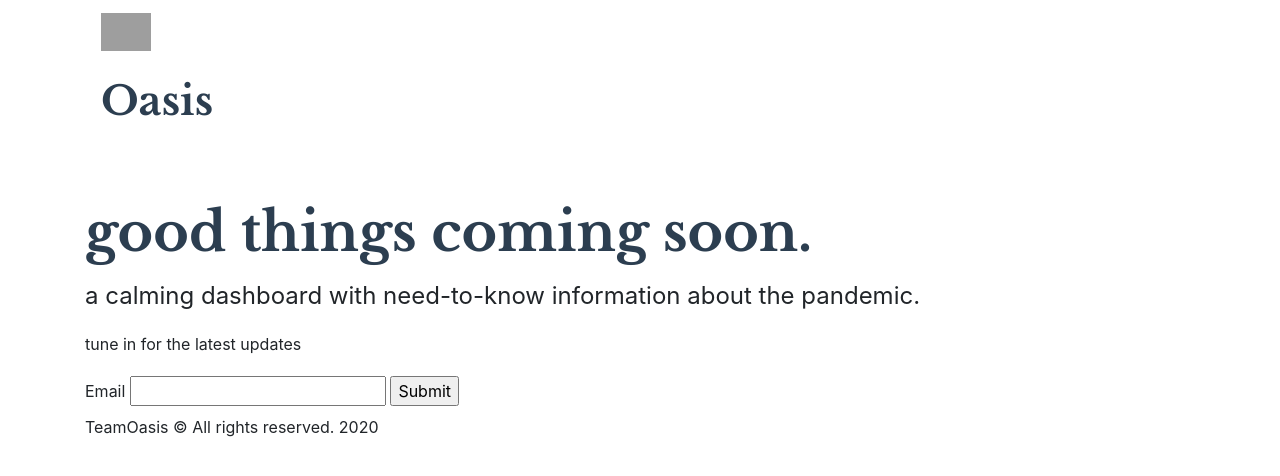
Repository: dexho/oasis-extension
Page: coming-soon.html
The author's editor kept a copy of each file at every save. The page is drawn from the files as they stood at one save, then again after the next save.
The browser window is 1280 px wide. The pictures show the whole page.
Pictures or frames that could not be fetched are drawn as grey boxes. Some web fonts or font styles are not loaded; a fallback is used.

Above is the page before, as saved 2020-07-24 12:57:18.

After the next save:
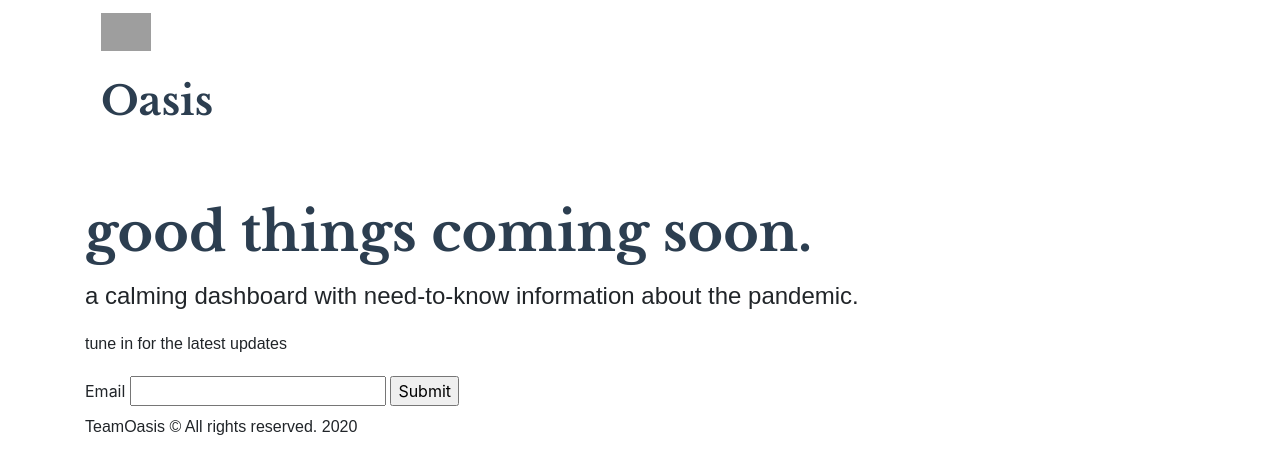
Saved 8 s later.
--- a/css/dist/coming-soon.css
+++ b/css/dist/coming-soon.css
@@ -23,7 +23,7 @@ h3{
 
 
 p{
-    font-family: $font-base;
+    font-family: 'Muli', sans-serif;
     font-size: $font-size-base;
     font-weight: 400;
     line-height: 32px;
